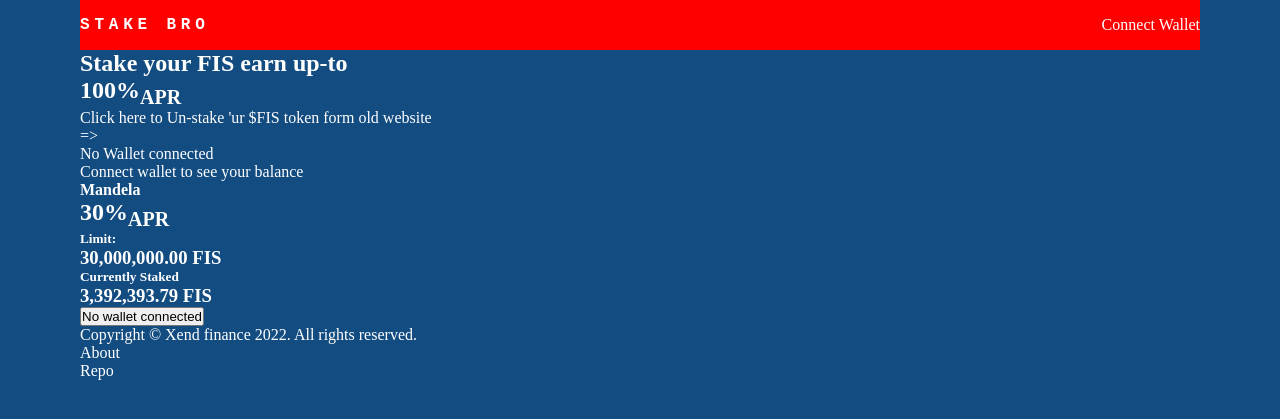
Repository: NorVirae/Stake
Page: /
These files come from the project's save history. The page is drawn as it stood at one moment and after the next save; the edit follows.
The browser window is 1280 px wide. The pictures show the whole page.
The project was rebuilt for these pictures with package versions that can differ from the ones it lists, and the page was loaded fresh each time.

Above is the page before, as saved 2022-04-18 01:04:42.

After the next save:
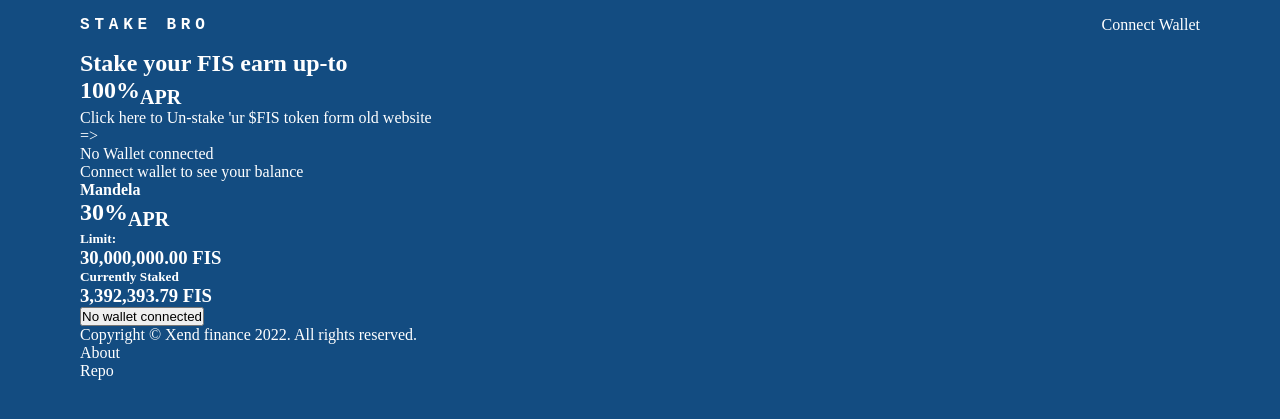
Saved 6 s later.
--- a/src/styles/app.css
+++ b/src/styles/app.css
@@ -28,7 +28,6 @@ body{
 nav {
     display:  flex;
     justify-content: space-between;
-    background-color: red;
     padding: 1rem 0;
 }
 
